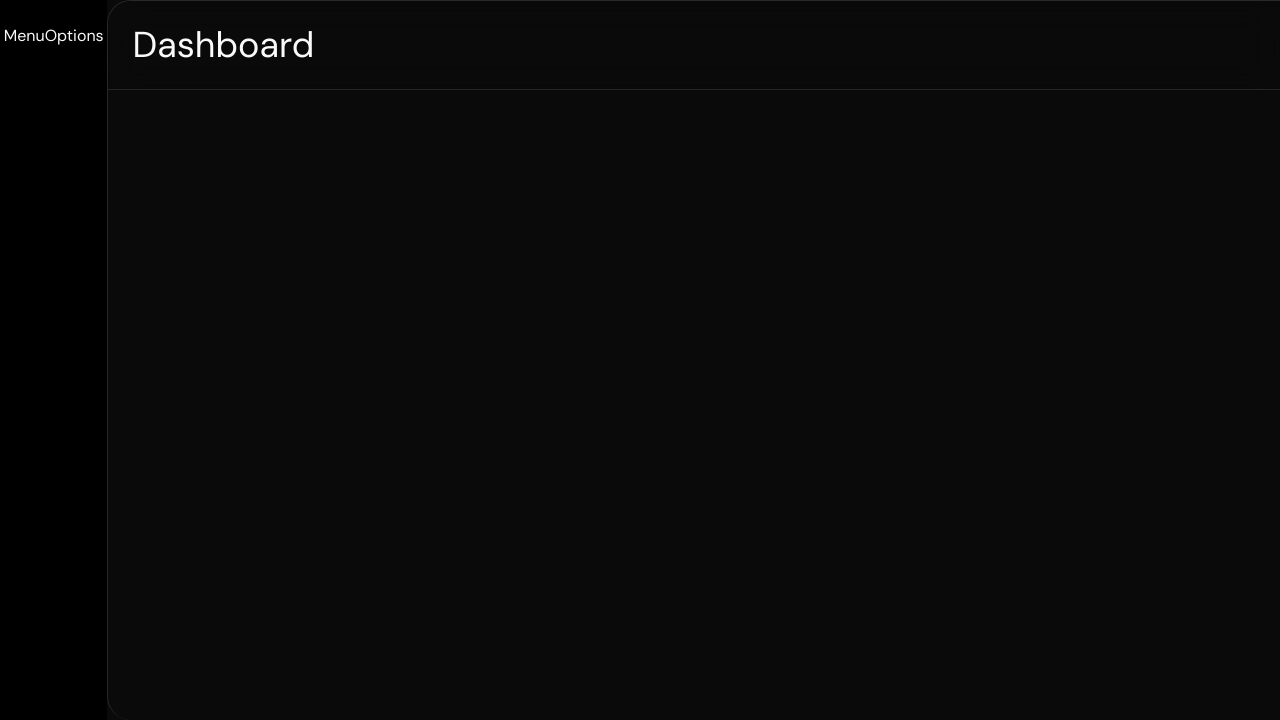
Repository: MikeeBuilds/fuzzi
Page: /dashboard
These files come from the project's save history. The page is drawn as it stood at one moment and after a run of saves; the edit follows.
The browser window is 1280 px wide. The pictures show the whole page.
The project was rebuilt for these pictures with package versions that can differ from the ones it lists, and the page was loaded fresh each time. The framework's server and built-in components were replaced by stand-ins that run in the browser. Also part of the build but not shown: next.config.mjs.

Above is the page before, as saved 2024-04-24 15:17:09.

### src/app/layout.tsx
import type { Metadata } from "next";
import { ThemeProvider } from "@/providers/theme-provider"
import { DM_Sans } from "next/font/google";
import "./globals.css";

const font = DM_Sans({ subsets: ["latin"] });

export const metadata: Metadata = {
  title: "Fuzzii",
  description: "Automate your work with Fuzzii",
};

export default function RootLayout({
  children,
}: Readonly<{
  children: React.ReactNode;
}>) {
  return (
    <html lang="en">
      <body className={font.className}>
      <ThemeProvider
            attribute="class"
            defaultTheme="dark"
            enableSystem
            disableTransitionOnChange
          >
        {children}
        </ThemeProvider>
      </body>
    </html>
  );
}

### src/app/(main)/layout.tsx
import React from 'react'
import Sidebar from '@/components/sidebar'

type Props = { children: React.ReactNode }

const Layout = (props: Props) => {
  return (
    <div className='flex overflow-hidden h-screen'>
      <Sidebar />
        <div className='w-full'>
            {props.children}
        </div>
    </div>
  )
}

export default Layout

### src/app/(main)/(pages)/layout.tsx
import React from'react'

type Props = { children: React.ReactNode }

const Layout = ({ children }: Props) => {
    return (
        <div className='border-l-[1px] border-t-[1px] pb-20 h-screen rounded-l-3xl border-muted-foreground/20 overflow-scroll'>
            {children}
        </div>
    )
}

export default Layout

### src/app/(main)/(pages)/dashboard/page.tsx
import React from 'react'


const DashboardPage = () => {
  return (
    <div className='flex flex-col gap-4 relative'>
      <h1 className='text-4xl sticky top-0 z-[10] p-6 bg-background/50 backdrop-blur-lg flex items-center border-b'>
        Dashboard
      </h1>
    </div>
  )
}

export default DashboardPage

### src/providers/theme-provider.tsx
"use client"

import * as React from "react"

import { ThemeProvider as NextThemesProvider } from "next-themes"
import { type ThemeProviderProps } from "next-themes/dist/types"

export function ThemeProvider({ children, ...props }: ThemeProviderProps) {
  return <NextThemesProvider {...props}>{children}</NextThemesProvider>
}

### src/components/sidebar/index.tsx
'use client'

import { usePathname } from 'next/navigation'
import React from 'react'

type Props = {}

const MenuOptions = (props: Props) => {
    const pathName = usePathname()

  return <nav className='dark:bg-black h-screen overflow-scroll justify-between flex items-center flex-col gap-10 py-6 px-2'>MenuOptions</nav>

}

export default MenuOptions

Loaded but not shown: src/app/globals.css (common file); tailwind.config.ts (common file)

After the next 4 saves:
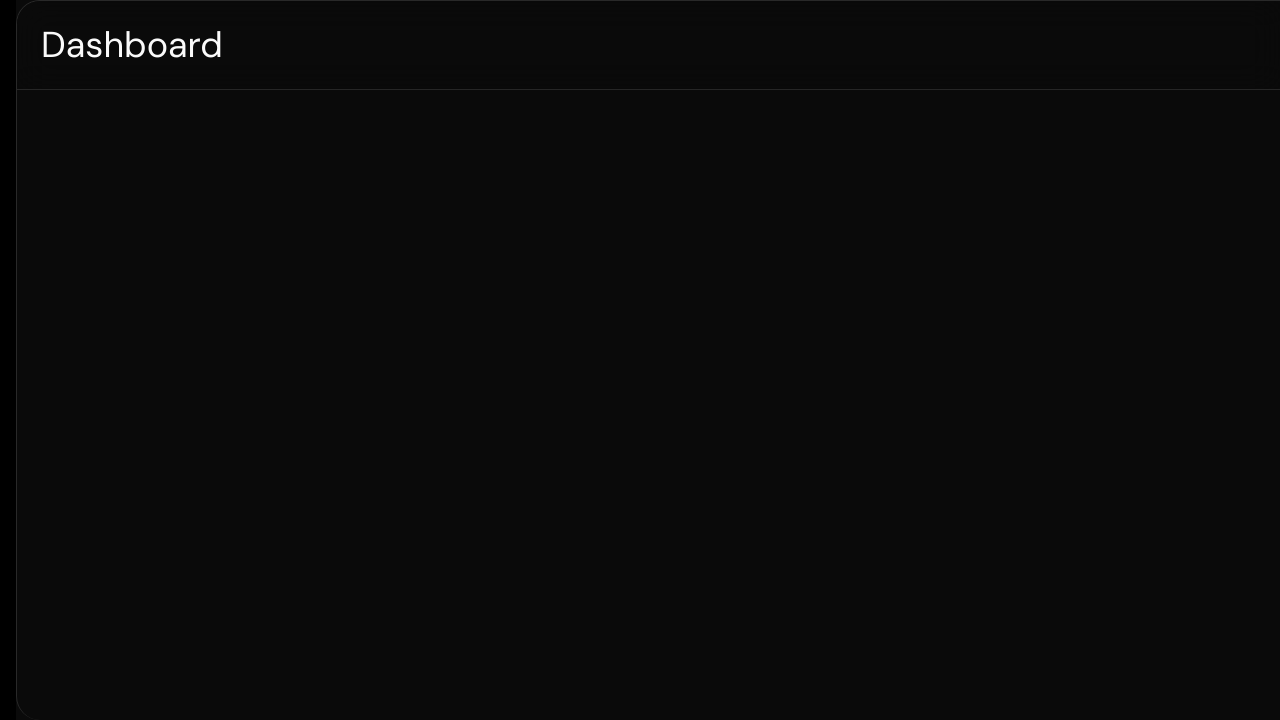
The 4 saves are shown as one change because they came seconds apart.
The last was saved 15 s later.
--- a/src/components/sidebar/index.tsx
+++ b/src/components/sidebar/index.tsx
@@ -8,7 +8,9 @@ type Props = {}
 const MenuOptions = (props: Props) => {
     const pathName = usePathname()
 
-  return <nav className='dark:bg-black h-screen overflow-scroll justify-between flex items-center flex-col gap-10 py-6 px-2'>MenuOptions</nav>
+  return <nav className='dark:bg-black h-screen overflow-scroll justify-between flex items-center flex-col gap-10 py-6 px-2'>
+    <div className='flex ite'></div>
+  </nav>
 
 }
 
